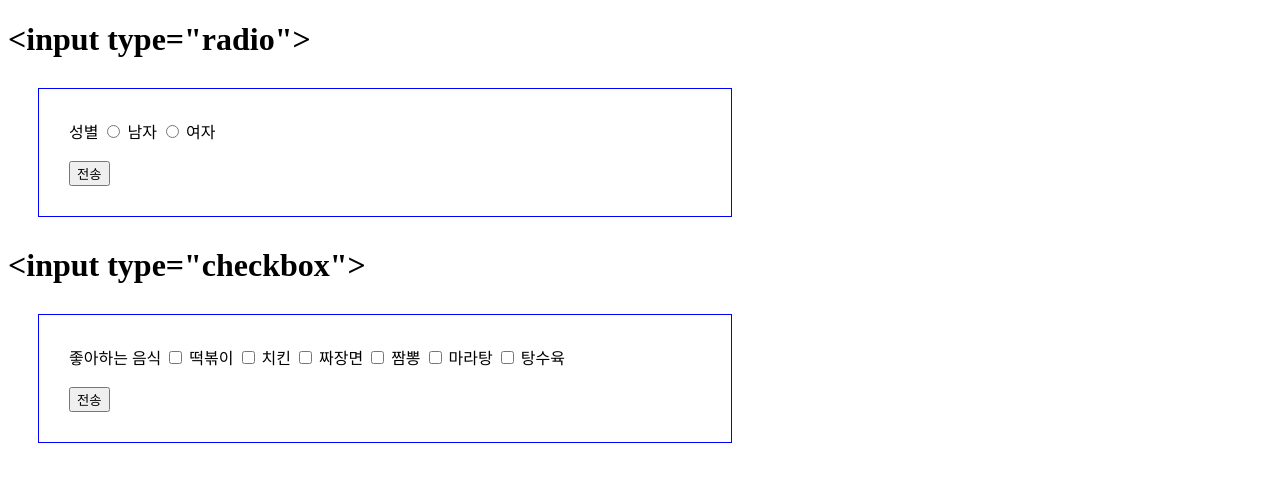
Repository: windy9109/FrontendClass
Page: webpro/src/main/webapp/0225/radio_checkbox.html
The author's editor kept a copy of each file at every save. The page is drawn from the files as they stood at one save, then again after the next save.
The browser window is 1280 px wide. The pictures show the whole page.

Above is the page before, as saved 2022-02-25 07:56:19.

### webpro/src/main/webapp/0225/radio_checkbox.html
<!DOCTYPE html>
<html>
<head>
<meta charset="UTF-8">
<title>Insert title here</title>
<style>
	form{
	border: 1px solid blue;
	margin: 30px;
	padding: 30px;
	width:50%;
	}
</style>
</head>
<body>
<h1>&lt;input type="radio"></h1>
<form action ="radio.jsp" method="post">
<!-- get일때는 한글이 안깨짐 -->
<!-- post일때는 한글이 깨짐 -->
<!-- server.xml의 63번째줄의 utf-8이 실행되므로 get은 안깨짐 -->
<!-- post일때는 jsp에서 request.setCharacterEncoding("utf-8") 처리해준다.-->
<label>성별</label>
	<input type="radio" name="gender" value="남자"> 남자
	<input type="radio" name="gender" value="여자"> 여자<br><br>

	<input type="submit" value="전송">
</form>



<h1>&lt;input type="checkbox"></h1>
<form action ="checkbox.jsp" method="post">
<label>좋아하는 음식</label>
	<input type="checkbox" name="food" cheched value="떡볶이"> 떡볶이
	<input type="checkbox" name="food" value="치킨"> 치킨
	<input type="checkbox" name="food" value="짜장면"> 짜장면
	<input type="checkbox" name="food" value="짬뽕"> 짬뽕
	<input type="checkbox" name="food" value="마라탕"> 마라탕
	<input type="checkbox" name="food" value="탕수육"> 탕수육
	<br><br>


	<input type="submit" value="전송">
</form>





</body>
</html>

After the next save:
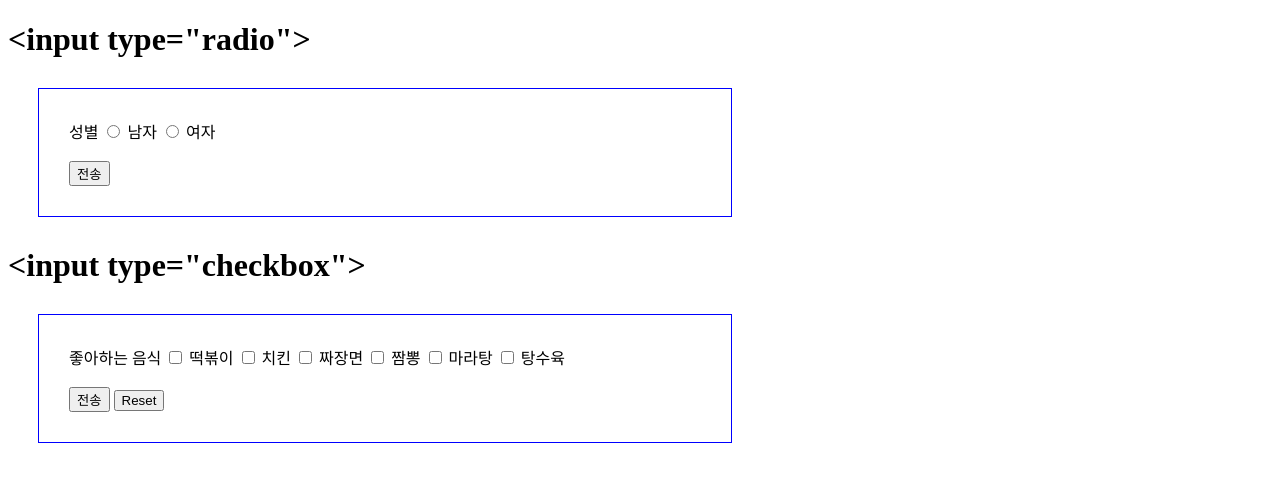
Saved 2 min 5 s later.
--- a/webpro/src/main/webapp/0225/radio_checkbox.html
+++ b/webpro/src/main/webapp/0225/radio_checkbox.html
@@ -41,6 +41,8 @@
 
 
 	<input type="submit" value="전송">
+	<input type="reset">
+
 </form>
 
 
